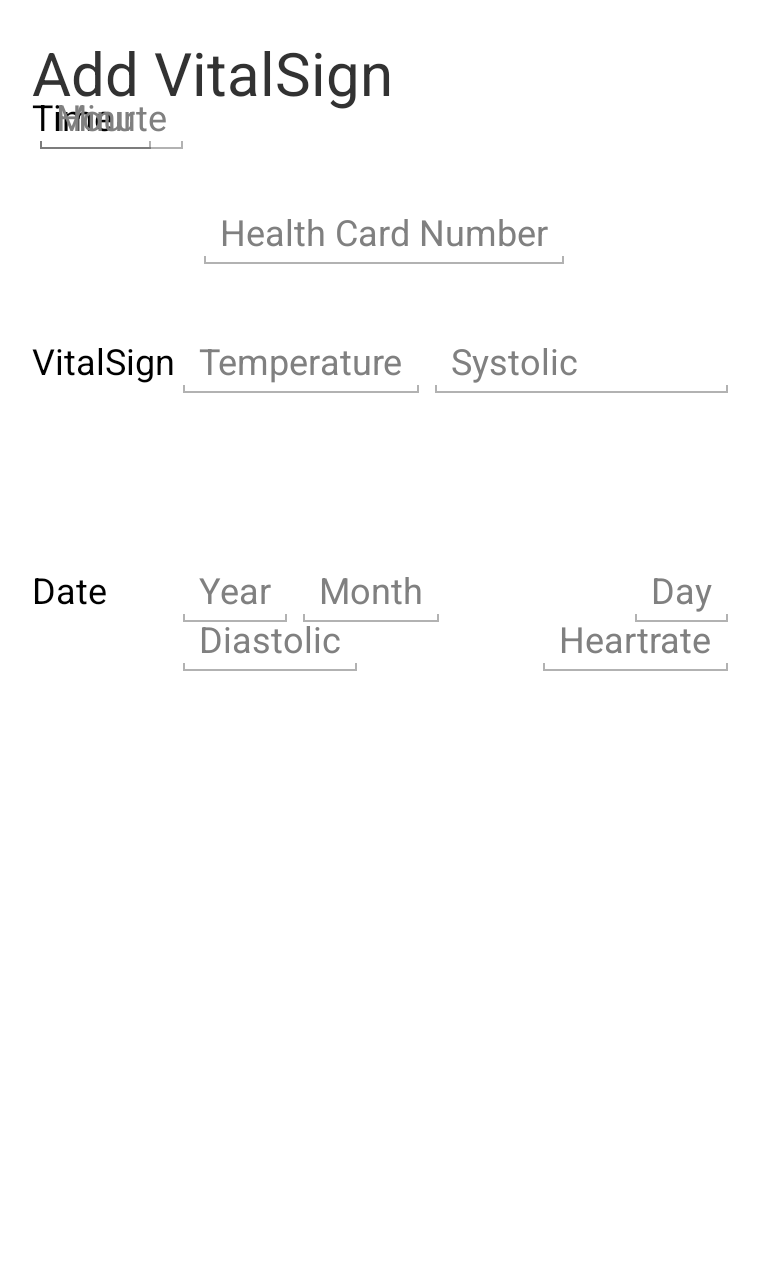
Repository: wangyuan0915/ER
Layout: workspace2/phase3/res/layout/activity_add_vital_sign.xml
The author's editor kept a copy of each file at every save. The layout is drawn from the files as they stood at one save, then again after the next save.
It is drawn on a 768 x 1280 px phone screen (xhdpi) without system bars, with theme AppTheme; the app's code is not run.

Above is the layout before, as saved 2013-11-24 06:42:26.

After the next save:
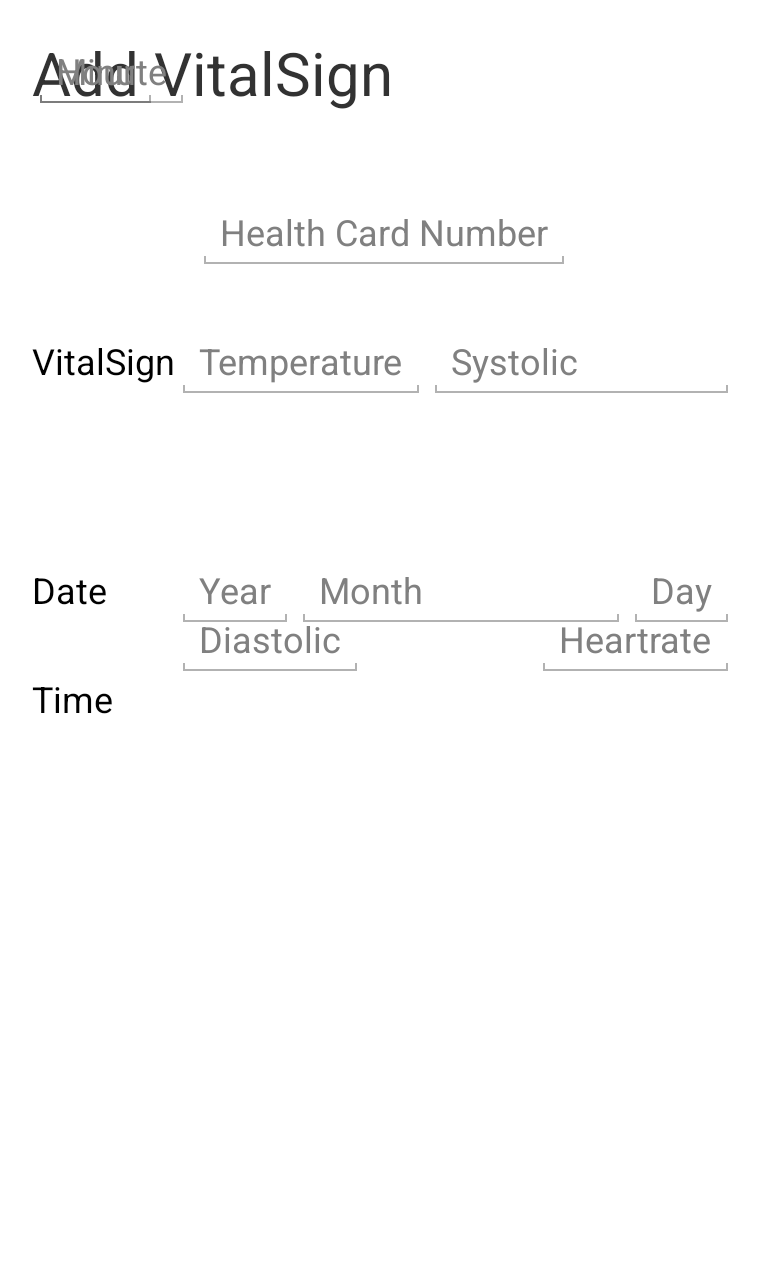
Saved 3 min 6 s later.
--- a/workspace2/phase3/res/layout/activity_add_vital_sign.xml
+++ b/workspace2/phase3/res/layout/activity_add_vital_sign.xml
@@ -110,14 +110,12 @@
         android:layout_height="wrap_content"
         android:layout_alignBaseline="@+id/currentdate"
         android:layout_alignBottom="@+id/currentdate"
+        android:layout_toLeftOf="@+id/currentday"
         android:layout_toRightOf="@+id/currentyear"
-        android:layout_marginRight="60dp"
+        android:=""
+        android:hint="@string/Month"
         android:inputType="number"
-        android:hint="@string/Month"
         android:textAppearance="?android:attr/textAppearanceMedium" />
-
-
-
 
     <EditText
         android:id="@+id/currentday"
@@ -131,11 +129,11 @@
         android:textAppearance="?android:attr/textAppearanceMedium" />
 
     <TextView
-        android:id="@+id/current_time"
+        android:id="@+id/currenttime"
         android:layout_width="wrap_content"
         android:layout_height="wrap_content"
-        android:layout_alignLeft="@+id/current_date"
-        android:layout_below="@+id/current_year"
+        android:layout_alignLeft="@+id/currentdate"
+        android:layout_below="@+id/currentdate"
         android:layout_marginTop="30dp"
         android:text="@string/Time"
         android:textAppearance="?android:attr/textAppearanceMedium" />
